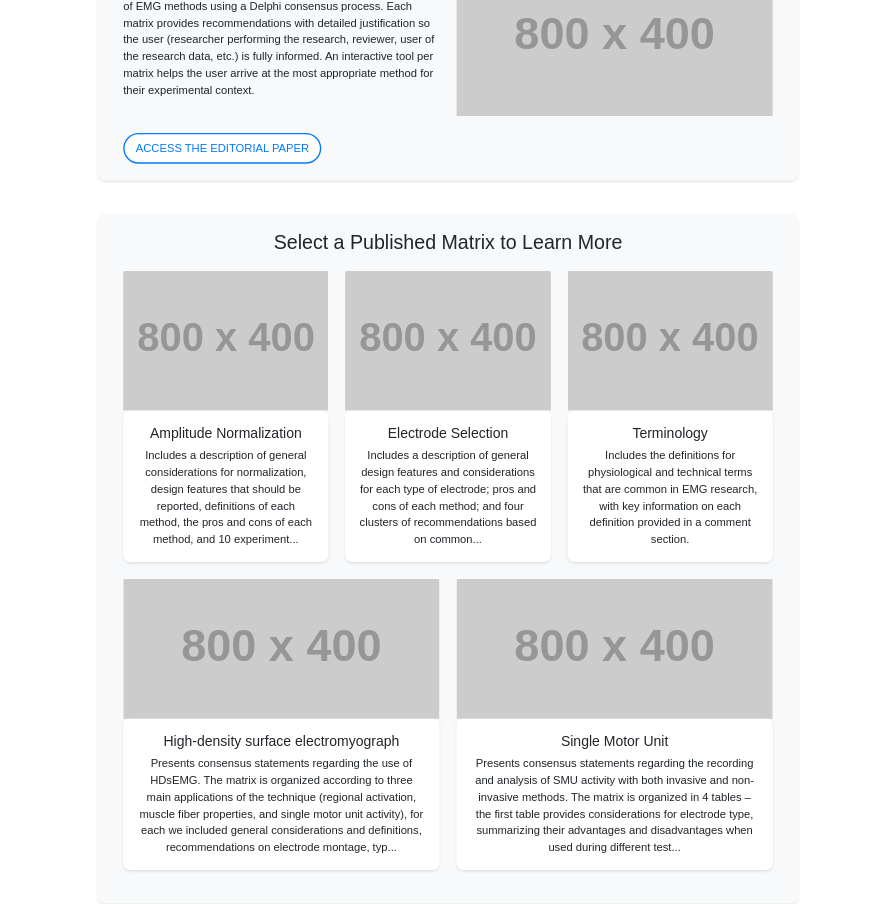
Repository: devashrisamani/CEDE-Website
Page: website/index.html
The author's editor kept a copy of each file at every save. The page is drawn from the files as they stood at one save, then again after the next save.
The browser window is 1280 px wide. The pictures show the part of the page from y = 1007 to 2927 px (the page is 2298 px tall before and 2927 px after), at 70% of full size.

Above is the page before, as saved 2024-06-26 00:49:48.
Console error: TypeError: Cannot read properties of null (reading 'addEventListener')

### website/index.html
<!DOCTYPE html>
<html lang="en">
  <head>
    <meta charset="UTF-8" />
    <meta name="viewport" content="width=device-width, initial-scale=1.0" />
    <title>Welcome to CEDE</title>
    <link
      href="https://cdn.jsdelivr.net/npm/bootstrap@5.1.3/dist/css/bootstrap.min.css"
      rel="stylesheet"
    />
    <style>
      body {
        font-family: Arial, sans-serif;
        margin: 0;
        padding: 0;
        background-color: #ffffff;
      }

      header {
        padding: 20px;
        text-align: center;
      }

      .navbar {
        border-bottom: 1px solid #cfcfcf;
        background-color: #ffffff;
      }

      header h1 {
        margin: 0;
        color: #333;
      }

      header p {
        color: #666;
      }

      .welcome-section {
        text-align: center;
        margin: 0 auto;
        max-width: 1100px;
        padding: 10px 20px;
      }

      .welcome-section h5 {
        margin: 0;
        font-weight: 700;
        color: #333;
        letter-spacing: 1px;
      }

      .welcome-section h1 {
        font-size: 2.5rem;
        margin-top: 20px;
        margin-bottom: 20px;
      }

      .welcome-section p {
        font-size: 1rem;
        line-height: 1.5;
        margin-bottom: 10px;
      }

      .welcome-section img {
        width: 100%;
        height: 400px;
        margin-top: 10px;
        border-radius: 20px;
      }

      .container-box,
      .why-cede-exists-container,
      .team-section-container,
      .matrix-section-container,
      .supporters-container {
        background-color: #f8f9fa; /* Light grey background */
        border-radius: 10px;
        padding: 40px; /* Add padding inside the container */
        box-shadow: 0 2px 4px rgba(0, 0, 0, 0.1); /* Optional: adds subtle shadow */
        margin: 0 auto; /* Center the container */
        max-width: 1000px; /* Set a max-width */
      }

      .why-cede-exists-container p,
      .why-cede-exists-container .btn {
        font-size: 1rem;
        line-height: 1.5;
      }

      .why-cede-exists-container .btn {
        padding: 0.5rem 1rem;
        border-radius: 25px;
        border: 2px solid #007bff;
        background-color: white;
        color: #007bff;
        text-transform: uppercase;
      }

      .why-cede-exists-container .btn:hover {
        background-color: #007bff;
        color: white;
      }

      .team-section-container h3,
      .supporters-container h3 {
        font-size: 2rem;
      }

      .toggle-buttons {
        display: flex;
        justify-content: center;
        background-color: #e9ecef; /* Light grey background for the toggle container */
        border-radius: 25px;
        padding: 5px;
        max-width: 380px; /* Adjust this value to control the length */
        margin: 0 auto; /* Center the toggle buttons container */
      }

      .btn-toggle {
        background-color: transparent;
        border: none;
        padding: 10px 20px;
        margin: 0 10px;
        border-radius: 25px;
        cursor: pointer;
        font-size: 1rem;
        outline: none;
        color: #6c757d; /* Grey color for inactive buttons */
      }

      .btn-toggle.active {
        background-color: #007bff; /* Blue background for active button */
        color: #ffffff;
      }

      .card {
        border: none;
        background-color: transparent;
      }

      .card-body {
        background-color: #ffffff;
        border-radius: 10px;
        padding: 20px;
        box-shadow: 0 2px 4px rgba(0, 0, 0, 0.1);
      }

      .rounded-circle {
        border: 2px solid #ffffff;
      }

      .supporter-logo {
        max-height: 50px; /* Adjust the height as needed */
        margin: 10px;
      }

      .card-link {
        text-decoration: none;
        color: inherit;
      }

      .card-link:hover .card {
        box-shadow: 0 4px 8px rgba(0, 0, 0, 0.1); /* Optional: Add hover effect */
        color: black;
      }

      .card img {
        width: 100%;
        height: 200px;
        object-fit: cover;
      }
    </style>
  </head>
  <body>
    <nav class="navbar navbar-expand-lg navbar-light bg-white">
      <div class="container-fluid">
        <a class="navbar-brand" href="#">CEDE</a>
        <button
          class="navbar-toggler"
          type="button"
          data-bs-toggle="collapse"
          data-bs-target="#navbarNavAltMarkup"
          aria-controls="navbarNavAltMarkup"
          aria-expanded="false"
          aria-label="Toggle navigation"
        >
          <span class="navbar-toggler-icon"></span>
        </button>
        <div
          class="collapse navbar-collapse justify-content-end"
          id="navbarNavAltMarkup"
        >
          <div class="navbar-nav">
            <a class="nav-link active" href="index.html">Home</a>
            <div class="nav-item dropdown">
              <a
                class="nav-link dropdown-toggle"
                href="#"
                id="matrixSelectionDropdown"
                role="button"
                data-bs-toggle="dropdown"
                aria-expanded="false"
              >
                Matrix Selection
              </a>
              <ul
                class="dropdown-menu"
                aria-labelledby="matrixSelectionDropdown"
              >
                <li>
                  <a class="dropdown-item" href="amplitude.html"
                    >Amplitude Normalization</a
                  >
                </li>
                <li>
                  <a class="dropdown-item" href="#">Electrode Selection</a>
                </li>
                <li><a class="dropdown-item" href="#">Terminology</a></li>
                <li>
                  <a class="dropdown-item" href="#"
                    >High-density surface electromyograph</a
                  >
                </li>
                <li><a class="dropdown-item" href="#">Single Motor Unit</a></li>
              </ul>
            </div>
            <a class="nav-link" href="faq.html">FAQs</a>
            <a class="nav-link" href="#">Glossary</a>
          </div>
        </div>
      </div>
    </nav>

    <div class="welcome-section text-center mt-5 px-5">
      <header class="mb-5">
        <h5 class="text-uppercase">
          Consensus for Experimental Design in Electromyography
        </h5>
        <h1>Welcome to CEDE</h1>
        <p>
          The Consensus for Experimental Design in Electromyography (CEDE)
          project is an international initiative, which aims to guide
          decision-making in recording, analysis, and interpretation of EMG
          across all applications including surface and invasive/intra-muscular
          methods and extends to guidance for specific applications.
        </p>
      </header>
      <img
        src="https://via.placeholder.com/800x400"
        class="img-fluid"
        alt="Placeholder Image"
      />
    </div>

    <div class="why-cede-exists-container mt-5 p-4">
      <div class="container">
        <h3 class="text-center mb-4">Why CEDE Exists</h3>
        <div class="row align-items-center">
          <div class="col-md-6">
            <p>
              The major output of the project is the development of a series of
              matrices to provide guidance for planning and interpretation of
              EMG methods using a Delphi consensus process. Each matrix provides
              recommendations with detailed justification so the user
              (researcher performing the research, reviewer, user of the
              research data, etc.) is fully informed. An interactive tool per
              matrix helps the user arrive at the most appropriate method for
              their experimental context.
            </p>
          </div>
          <div class="col-md-6 text-center">
            <img
              src="https://via.placeholder.com/800x400"
              class="img-fluid"
              alt="Matrix"
            />
          </div>
        </div>
        <div class="text-left mt-4">
          <a
            href="https://pubmed.ncbi.nlm.nih.gov/32569878/"
            class="btn btn-primary"
            target="_blank"
            >Access the Editorial Paper</a
          >
        </div>
      </div>
    </div>

    <div class="matrix-section-container mt-5 p-4">
      <div class="container">
        <h3 class="text-center mb-4">
          Select a Published Matrix to Learn More
        </h3>
        <div class="row text-center">
          <!-- Amplitude Normalization -->
          <div class="col-md-4 mb-4">
            <a href="amplitude.html" class="card-link">
              <div class="card">
                <img
                  src="https://via.placeholder.com/800x400"
                  class="card-img-top"
                  alt="Amplitude Normalization"
                />
                <div class="card-body">
                  <h5 class="card-title">Amplitude Normalization</h5>
                  <p class="card-text">
                    Includes a description of general considerations for
                    normalization, design features that should be reported,
                    definitions of each method, the pros and cons of each
                    method, and 10 experiment...
                  </p>
                </div>
              </div>
            </a>
          </div>

          <!-- Electrode Selection -->
          <div class="col-md-4 mb-4">
            <div class="card">
              <img
                src="https://via.placeholder.com/800x400"
                class="card-img-top"
                alt="Electrode Selection"
              />
              <div class="card-body">
                <h5 class="card-title">Electrode Selection</h5>
                <p class="card-text">
                  Includes a description of general design features and
                  considerations for each type of electrode; pros and cons of
                  each method; and four clusters of recommendations based on
                  common...
                </p>
              </div>
            </div>
          </div>

          <!-- Terminology -->
          <div class="col-md-4 mb-4">
            <div class="card">
              <img
                src="https://via.placeholder.com/800x400"
                class="card-img-top"
                alt="Terminology"
              />
              <div class="card-body">
                <h5 class="card-title">Terminology</h5>
                <p class="card-text">
                  Includes the definitions for physiological and technical terms
                  that are common in EMG research, with key information on each
                  definition provided in a comment section.
                </p>
              </div>
            </div>
          </div>

          <!-- HDsEMG -->
          <div class="col-md-6 mb-4">
            <div class="card">
              <img
                src="https://via.placeholder.com/800x400"
                class="card-img-top"
                alt="HDsEMG"
              />
              <div class="card-body">
                <h5 class="card-title">High-density surface electromyograph</h5>
                <p class="card-text">
                  Presents consensus statements regarding the use of HDsEMG. The
                  matrix is organized according to three main applications of
                  the technique (regional activation, muscle fiber properties,
                  and single motor unit activity), for each we included general
                  considerations and definitions, recommendations on electrode
                  montage, typ...
                </p>
              </div>
            </div>
          </div>

          <!-- SMU -->
          <div class="col-md-6 mb-4">
            <div class="card">
              <img
                src="https://via.placeholder.com/800x400"
                class="card-img-top"
                alt="SMU"
              />
              <div class="card-body">
                <h5 class="card-title">Single Motor Unit</h5>
                <p class="card-text">
                  Presents consensus statements regarding the recording and
                  analysis of SMU activity with both invasive and non-invasive
                  methods. The matrix is organized in 4 tables – the first table
                  provides considerations for electrode type, summarizing their
                  advantages and disadvantages when used during different
                  test...
                </p>
              </div>
            </div>
          </div>
        </div>
      </div>
    </div>

    <!-- <div class="team-section-container mt-5 p-4">
      <div class="container">
        <h3 class="text-center mb-4">CEDE Team & Collaborators</h3>
        <div class="toggle-buttons text-center mb-4">
          <button class="btn btn-toggle active" onclick="showSection('leads')">
            Leads
          </button>
          <button class="btn btn-toggle" onclick="showSection('members')">
            Members
          </button>
          <button class="btn btn-toggle" onclick="showSection('collaborators')">
            Collaborators
          </button>
        </div>
        <div id="leads" class="team-section">
          <div class="row text-center">
            <div class="col-md-6 mb-4">
              <h5 class="font-weight-bold">CEDE Team Leader</h5>
              <div class="card">
                <div class="card-body">
                  <img
                    src="https://via.placeholder.com/100"
                    class="rounded-circle mb-3"
                    alt="Team Leader"
                    width="50"
                  />
                  <p class="font-weight-bold">Guy Hawkins</p>
                  <p class="text-muted">UK Ambassador</p>
                </div>
              </div>
            </div>
            <div class="col-md-6 mb-4">
              <h5 class="font-weight-bold">CEDE Project Coordinator</h5>
              <div class="card">
                <div class="card-body">
                  <img
                    src="https://via.placeholder.com/100"
                    class="rounded-circle mb-3"
                    alt="Project Coordinator"
                    width="50"
                  />
                  <p class="font-weight-bold">Guy Hawkins</p>
                  <p class="text-muted">UK Ambassador</p>
                </div>
              </div>
            </div>
          </div>
        </div>
        <div id="members" class="team-section d-none">
          <div class="row text-center">
            <div class="col-md-6 mb-4">
              <h5 class="font-weight-bold">CEDE Member</h5>
              <div class="card">
                <div class="card-body">
                  <img
                    src="https://via.placeholder.com/100"
                    class="rounded-circle mb-3"
                    alt="Member"
                    width="50"
                  />
                  <p class="font-weight-bold">Alice Johnson</p>
                  <p class="text-muted">Research Specialist</p>
                </div>
              </div>
            </div>
            <div class="col-md-6 mb-4">
              <h5 class="font-weight-bold">CEDE Member</h5>
              <div class="card">
                <div class="card-body">
                  <img
                    src="https://via.placeholder.com/100"
                    class="rounded-circle mb-3"
                    alt="Member"
                    width="50"
                  />
                  <p class="font-weight-bold">Bob Smith</p>
                  <p class="text-muted">Lab Technician</p>
                </div>
              </div>
            </div>
          </div>
        </div>
        <div id="collaborators" class="team-section d-none">
          <div class="row text-center">
            <div class="col-md-6 mb-4">
              <h5 class="font-weight-bold">CEDE Collaborator</h5>
              <div class="card">
                <div class="card-body">
                  <img
                    src="https://via.placeholder.com/100"
                    class="rounded-circle mb-3"
                    alt="Collaborator"
                    width="50"
                  />
                  <p class="font-weight-bold">Jane Doe</p>
                  <p class="text-muted">Industry Expert</p>
                </div>
              </div>
            </div>
            <div class="col-md-6 mb-4">
              <h5 class="font-weight-bold">CEDE Collaborator</h5>
              <div class="card">
                <div class="card-body">
                  <img
                    src="https://via.placeholder.com/100"
                    class="rounded-circle mb-3"
                    alt="Collaborator"
                    width="50"
                  />
                  <p class="font-weight-bold">John Lee</p>
                  <p class="text-muted">Field Specialist</p>
                </div>
              </div>
            </div>
          </div>
        </div>
      </div>
    </div> -->

    <script src="script.js"></script>
    <script src="https://cdn.jsdelivr.net/npm/bootstrap@5.1.3/dist/js/bootstrap.bundle.min.js"></script>
  </body>
</html>

### website/script.js
function selectOption(option) {
  console.log("Option selected:", option);
}


function selectOption(option) {
  console.log("Option selected:", option);
}

function goBack() {
  window.history.back();
}

// Decision tree functions
const questions = [
  "Does your experiment involve comparisons between muscles or within muscles?",
  "Does your experiment involve comparisons between sessions or within a session?",
  "Does your experiment involve within-group comparisons or between-groups comparisons?",
  "Can your participants perform MVC?",
];

const responses = [
  ["Between muscles", "Within muscle"],
  ["Between sessions", "Within a session"],
  ["Within-group comparison", "Between-groups comparison"],
  ["Yes", "No"],
];

const decisionTree = {
  "Within muscle": {
    "Within a session": {
      "Within-group comparison": {
        Yes: "Experimental context 1: Amplitude comparison within a person and muscle, between conditions/tasks (within a session). *Without removing electrodes (1.1 - 1.6)",
      },
    },
  },
};

function getRecommendation(responses) {
  let node = decisionTree;
  for (let response of responses) {
    if (node[response]) {
      node = node[response];
    } else {
      return "No recommendation found for the given responses.";
    }
  }
  return node;
}

document.getElementById("get-recommendation").addEventListener("click", () => {
  const userResponses = [
    document.getElementById("q1-select").value,
    document.getElementById("q2-select").value,
    document.getElementById("q3-select").value,
    document.getElementById("q4-select").value,
  ];
  const recommendation = getRecommendation(userResponses);
  document.getElementById("recommendation").innerText = recommendation;
});

// disabled submit button

document.addEventListener("DOMContentLoaded", function () {
  const form = document.getElementById("question-form");
  const submitButton = document.getElementById("submit-button");
  const options = form.querySelectorAll(".option");

  options.forEach((option) => {
    option.addEventListener("click", function () {
      option.classList.toggle("selected");
      checkIfAllQuestionsAnswered();
    });
  });

  function checkIfAllQuestionsAnswered() {
    const allAnswered = document.querySelectorAll(".selected").length >= 3;
    submitButton.disabled = !allAnswered;
  }

  form.addEventListener("submit", function (event) {
    event.preventDefault();
    // Handle form submission logic
    document.getElementById("recommendation").innerText =
      "Your recommendation text here";
  });
});

// CEDE Collaborations section

function showSection(sectionId) {
  const sections = document.querySelectorAll(".team-section");
  const buttons = document.querySelectorAll(".btn-toggle");
  sections.forEach((section) => {
    section.classList.add("d-none");
  });
  buttons.forEach((button) => {
    button.classList.remove("active");
  });
  document.getElementById(sectionId).classList.remove("d-none");
  document
    .querySelector(`button[onclick="showSection('${sectionId}')"]`)
    .classList.add("active");
}

function toggleFAQ(element) {
  const answer = element.nextElementSibling;
  const icon = element.querySelector(".faq-icon");

  if (answer.style.display === "block") {
    answer.style.display = "none";
    icon.textContent = "+";
  } else {
    answer.style.display = "block";
    icon.textContent = "-";
  }
}

document.addEventListener("DOMContentLoaded", () => {
  const searchInput = document.getElementById("faq-search");
  const searchButton = document.getElementById("search-button");

  function performSearch() {
    const searchTerm = searchInput.value.toLowerCase();
    const faqItems = document.querySelectorAll(".faq-item");

    faqItems.forEach(function (item) {
      const questionText = item
        .querySelector(".faq-question span")
        .innerText.toLowerCase();
      const answerText = item
        .querySelector(".faq-answer p")
        .innerText.toLowerCase();

      if (
        questionText.includes(searchTerm) ||
        answerText.includes(searchTerm)
      ) {
        item.style.display = "block";
      } else {
        item.style.display = "none";
      }
    });
  }

  searchInput.addEventListener("input", performSearch);
  searchButton.addEventListener("click", performSearch);
});

After the next save:
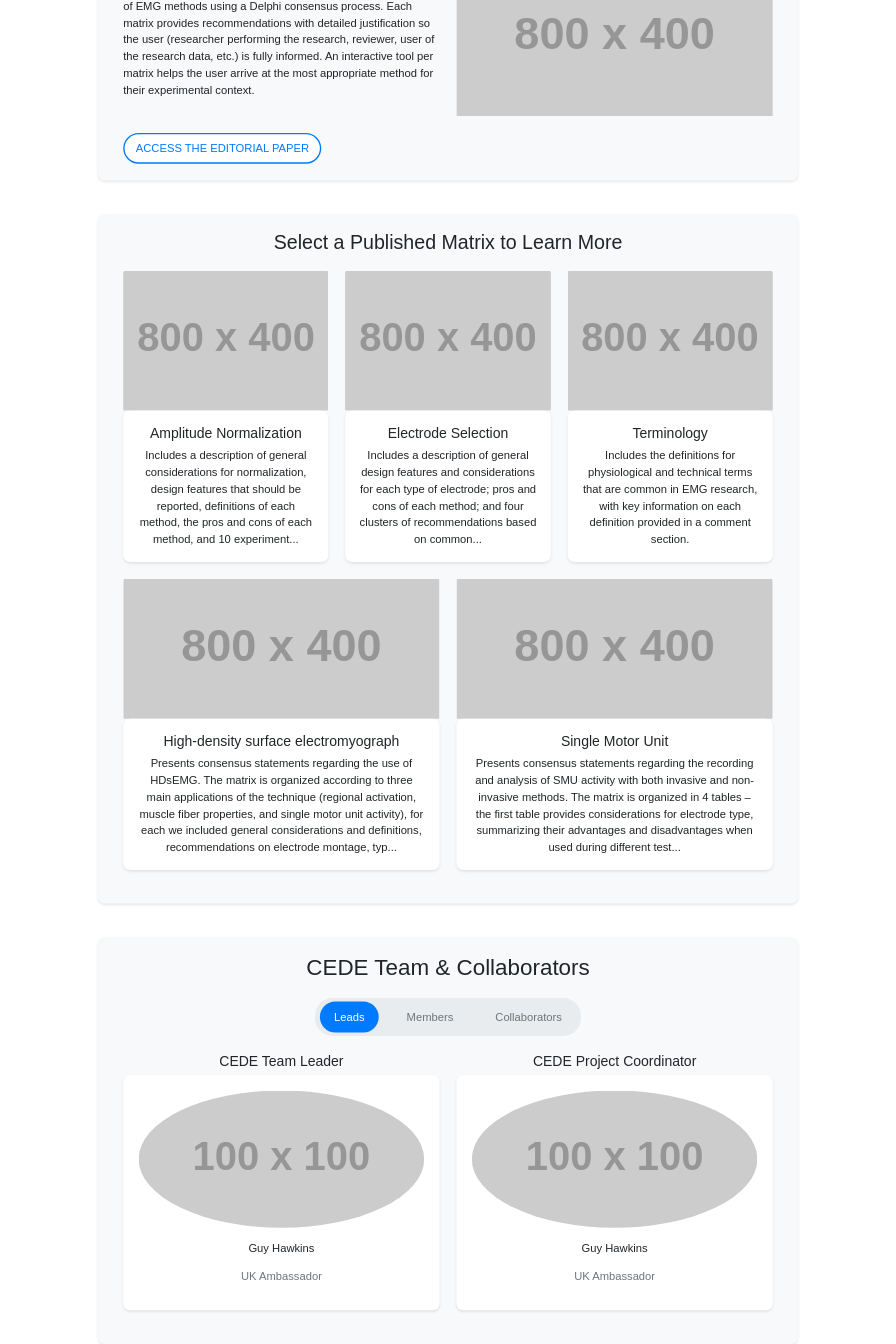
Saved 11 h 20 min later.
--- a/website/index.html
+++ b/website/index.html
@@ -401,7 +401,7 @@
       </div>
     </div>
 
-    <!-- <div class="team-section-container mt-5 p-4">
+    <div class="team-section-container mt-5 p-4">
       <div class="container">
         <h3 class="text-center mb-4">CEDE Team & Collaborators</h3>
         <div class="toggle-buttons text-center mb-4">
@@ -518,7 +518,7 @@
           </div>
         </div>
       </div>
-    </div> -->
+    </div>
 
     <script src="script.js"></script>
     <script src="https://cdn.jsdelivr.net/npm/bootstrap@5.1.3/dist/js/bootstrap.bundle.min.js"></script>
